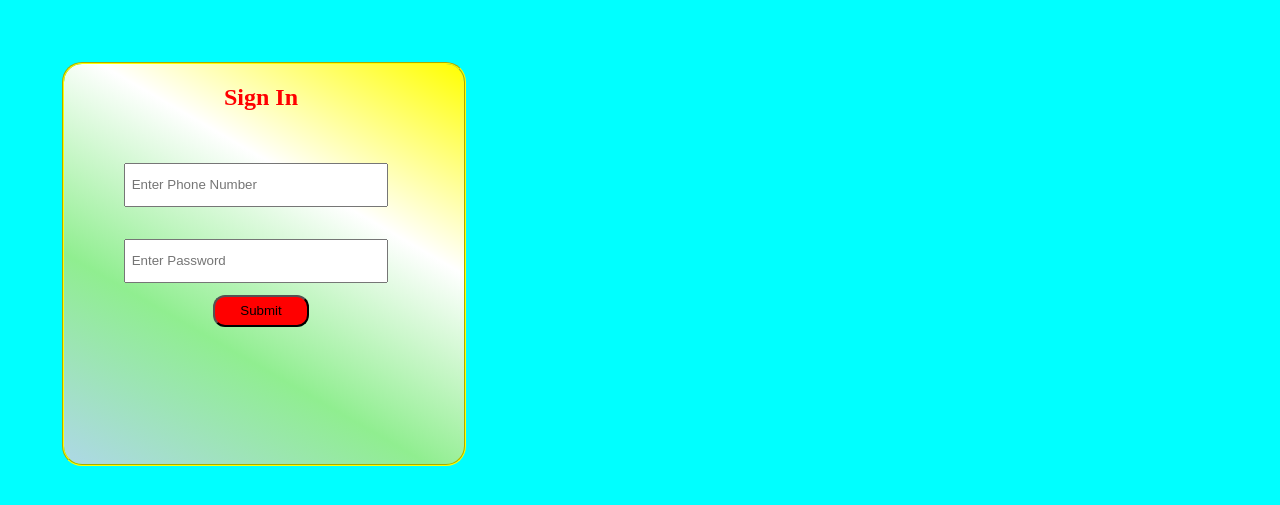
Repository: Amani-Kibet/express-app-web
Page: public/Card.html
These files come from the project's save history. The page is drawn as it stood at one moment and after the next save; the edit follows.
The browser window is 1280 px wide. The pictures show the whole page.

Above is the page before, as saved 2025-09-25 21:26:35.

### public/Card.html
<!DOCTYPE html>
<head>
  <title> Login Page</title>
  <style>
  #board{
    background: linear-gradient(30deg, lightblue, lightgreen, white, yellow);
    width: 25rem;
    height: 25rem;
    border-radius: 18px;
    outline: 2px groove yellow;
    position: absolute;
    top: 4rem;
    left: 4rem;
  }
  h2{
    color: red;
    position: relative;
    left: 10rem
  }
  .inputs{
    width: 16rem;
    height: 38px;
    position: relative;
    left: 60px;
    margin-top: 2rem;
  }
  #submit{
    background: red;
    position: relative;
    width: 6rem;
    height: 2rem;
    top: 50px;
    right: 8rem;
    border-radius: 12px;

  }
  </style>
</head>
<body bgColor="cyan">
  <div id="board">
    <h2>Sign In</h2>
    <input type="number" class="inputs" id="phoneI" placeholder=" Enter Phone Number">
    <input type="password" class="inputs" id="passI" placeholder=" Enter Password">
    <<button id="submit">Submit</button>
  </div>
</body>
<script>
  let input1= document.getElementById("input1");
  let btn1= document.getElementById("btn1");

  function f1(){
    let file= input1.files[0];
    let env= new FormData();
    env.append("image", file)

    fetch("http://localhost:3000/path1", {
      method: "POST",
      body: env
    })
  }


</script>
</html>

After the next save:
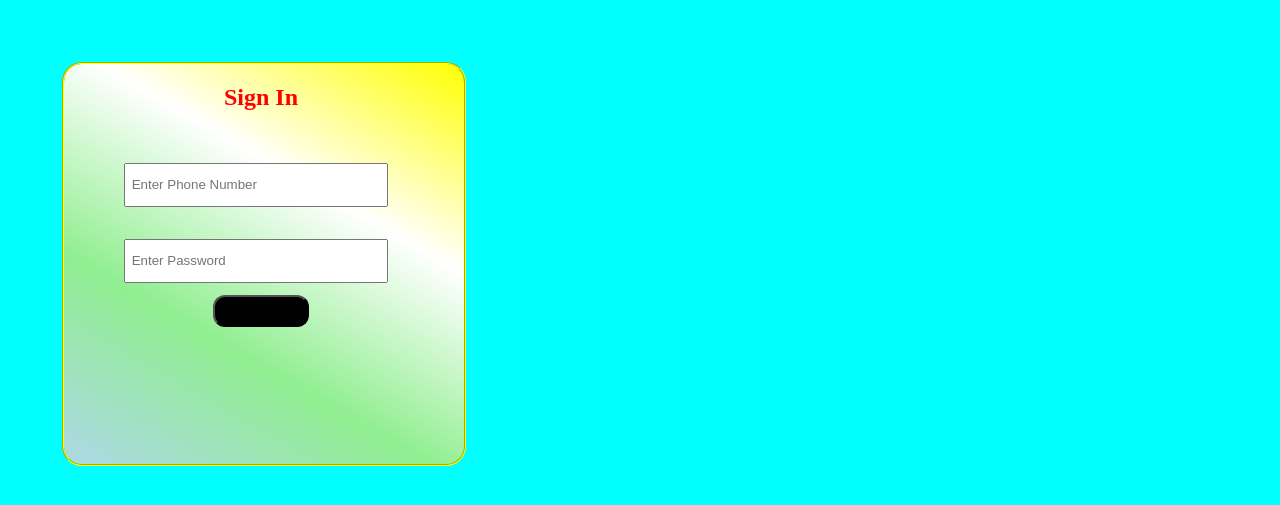
Saved 8 s later.
--- a/public/Card.html
+++ b/public/Card.html
@@ -25,7 +25,7 @@
     margin-top: 2rem;
   }
   #submit{
-    background: red;
+    background: black;
     position: relative;
     width: 6rem;
     height: 2rem;

After the save that followed:
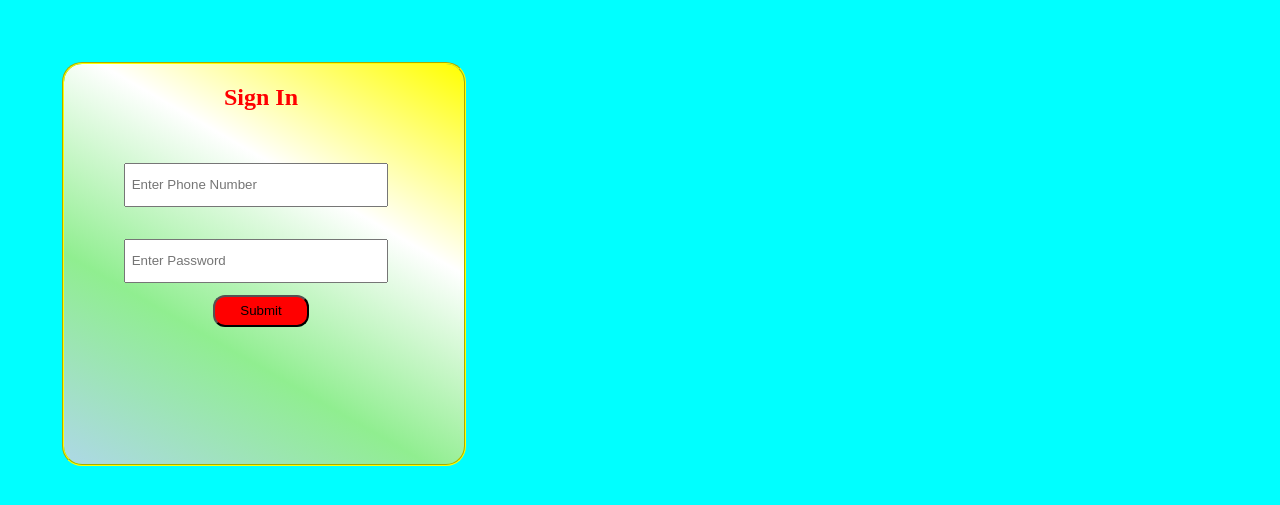
Saved 4 s later.
--- a/public/Card.html
+++ b/public/Card.html
@@ -25,7 +25,7 @@
     margin-top: 2rem;
   }
   #submit{
-    background: black;
+    background: red;
     position: relative;
     width: 6rem;
     height: 2rem;
